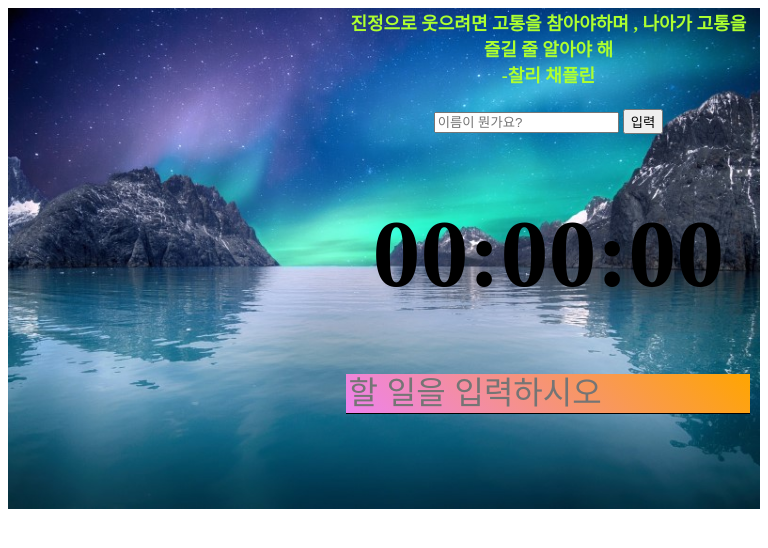
Repository: jun01270/F-E-practice
Page: index.html
The author's editor kept a copy of each file at every save. The page is drawn from the files as they stood at one save, then again after the next save.
The browser window is 768 px wide. The pictures show the whole page.

Above is the page before, as saved 2023-07-12 15:31:43.
Console error: TypeError: Cannot read properties of null (reading 'querySelector')

After the next save:
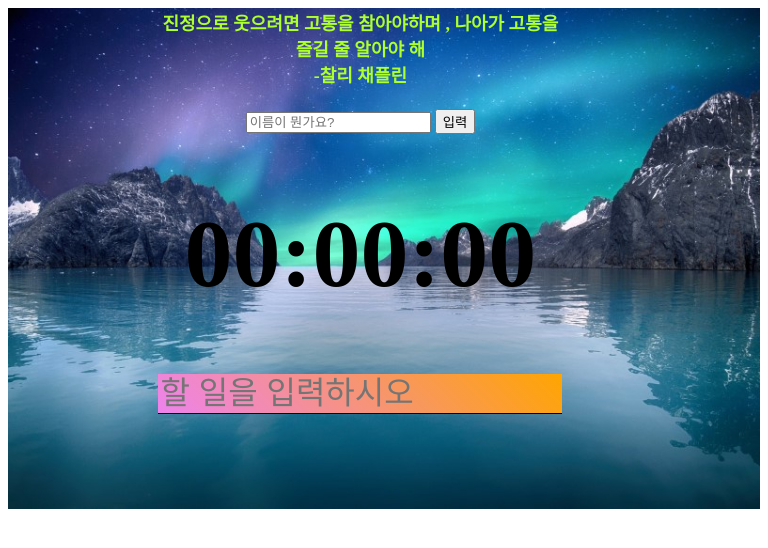
Saved 62 s later.
--- a/style.css
+++ b/style.css
@@ -66,4 +66,16 @@ body {
     font-size: large;
     font-weight: bold;
   }
+
+  #result {
+    margin-top: 50px;
+  }
+
+  #wrapper {
+    position: absolute;
+    top: 20%;
+    left: 20%;
+    text-align: center;
+    height: 80%;
+  }
 }
